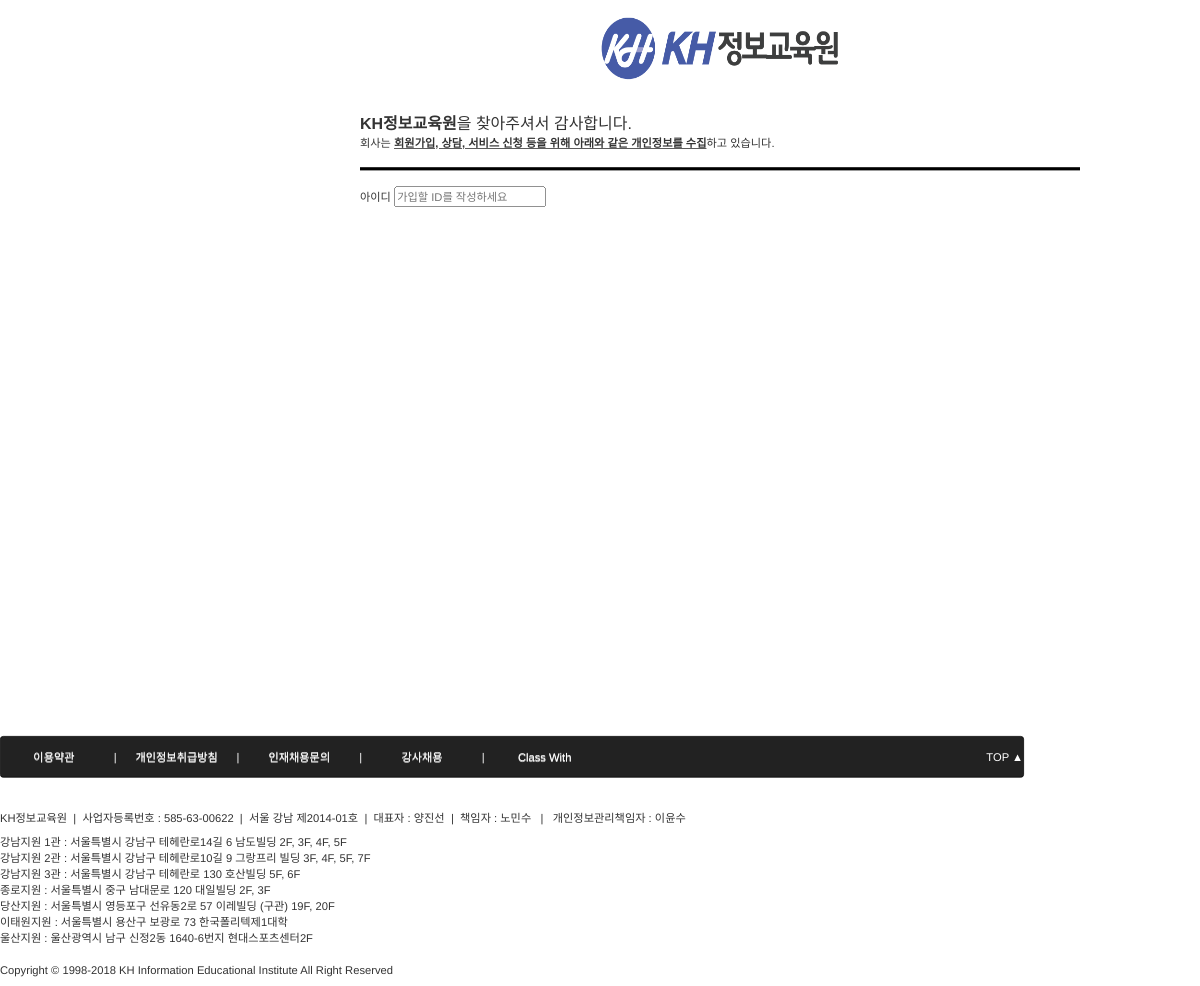
Repository: NohMinSoo/khSpring
Page: http://localhost/1_Spring_Web/WEB-INF/views/member/joinPage.jsp
These files come from the project's save history. The page is drawn as it stood at one moment and after the next save; the edit follows.
The browser window is 1280 px wide. The page is 1500 px wide, so the pictures cover 1500 px, including what lies to the right of the window. The pictures show the whole page, at 80% of full size.
Some web libraries are served in a nearby version. The page is served by Tomcat 9. Nobody is signed in. Other server files are loaded and not shown. The template is opened directly, without the code that normally fills it, so the values that code supplies are empty.

Above is the page before, as saved 2018-11-20 05:24:23.
Console error (its wording comes from the project's code and is left out).

### 1_Spring_Web/src/main/webapp/WEB-INF/views/member/joinPage.jsp
<%@ page language="java" contentType="text/html; charset=UTF-8"
    pageEncoding="UTF-8"%>
<!DOCTYPE html PUBLIC "-//W3C//DTD HTML 4.01 Transitional//EN" "http://www.w3.org/TR/html4/loose.dtd">
<html>
<head>
<meta http-equiv="Content-Type" content="text/html; charset=UTF-8">
<link rel="shortcut icon" href="/resources/png/03_KH정보교육원_원형컬러.png">
<title>회원가입</title>
</head>
<body>

<style>
	#container{
    	margin-top : 20px;
    	margin-left : 300px;
    	width : 1200px;
    	height : 900px;

    }
    #contents-2{

    	padding-left: 150px;
    	padding-right: 150px;
    	text-align: left; width : 100%;
    	height : 10%;

    }
    #contents-3{
    	padding-left: 150px;
    	padding-right: 150px;
    	text-align: left; width : 100%;
    	height : 75%;
    }
</style>
<div id="container"  align="center">
    <div id="contents-1">
            	<a href="/index.jsp"><img height=80px width=300px src="/resources/png/01_KH정보교육원_가로컬러.png"/></a><br>
    </div>
	<br><br>
    <div id="contents-2" >
			<span style="font-size:20px;"><b>KH정보교육원</b>을 찾아주셔서 감사합니다.</span><br>
			<span>회사는 <b><u>회원가입, 상담, 서비스 신청 등을 위해 아래와 같은 개인정보를 수집</u></b>하고 있습니다.</span><br>
			<hr style="border:2px solid black;">

			<form>
			아이디
			<input type="text" placeholder="가입할 ID를 작성하세요"/><br>
			</form>
	</div>
	<div id="contents-3" >

	</div>

</div>



<div id="footer_bar">
			<jsp:include page="/resources/common/main_footer_bar.jsp"></jsp:include>
		</div>
		<br>
		<div id="footer">
			<jsp:include page="/resources/common/main_footer.jsp"></jsp:include>
		</div>
</body>
</html>

### 1_Spring_Web/src/main/webapp/resources/common/main_footer_bar.jsp
<%@ page language="java" contentType="text/html; charset=UTF-8"
    pageEncoding="UTF-8"%>
<!DOCTYPE html PUBLIC "-//W3C//DTD HTML 4.01 Transitional//EN" "http://www.w3.org/TR/html4/loose.dtd">
<html>
<head>
<meta http-equiv="Content-Type" content="text/html; charset=UTF-8">
<title>Insert title here</title>
</head>
<body>
<style>
	#footer_bar1{
		hieght : 100%;
		float : left;
		width : 80%;

	}
	#footer_bar2{
		float : left;
		width : 20%;
	}
	#bar {
		margin : 0;
		padding : 0;
		height : 100%;
	}
	#bar li{
		box-sizing : border-box;
		float : left;   /* 각 요소들을 왼쪽부터 배치 */
		list-style-type: none;  /* li 속성에 있는 점 없애기*/
		text-align: center;  /* 글자 가운데로 정렬 */
		width:13%;
		height : 100%;
	}
	#bar li a{
		 text-decoration: none; /* 밑 줄 삭제 */
		 line-height : 50px;
		 color : white;
		 text-shadow: 0px 1px 0px #cccccc;  /* 글자 새도우 효과 (밝은 회색) */
	}
	#bar li a:hover{

		 color : yellow;
		 text-shadow: 0px 1px 0px yellow;  /* 글자 새도우 효과 (밝은 회색) */
	}

	#bar span{
		box-sizing : border-box;
		float : left;   /* 각 요소들을 왼쪽부터 배치 */
		list-style-type: none;  /* li 속성에 있는 점 없애기*/
		text-align: center;  /* 글자 가운데로 정렬 */
		width:2%;
		height : 100%;
		line-height : 50px;

	}
	#footer_bar2 a{
		color:white;
		line-height : 50px;
		float:right;
		text-decoration: none; /* 밑 줄 삭제 */

	}

	#footer_bar2 a:hover{
		color : red;

	}


</style>

<jsp:include page="/resources/common/main_popup_terms.jsp"></jsp:include>

<div class="navbar navbar-inverse">
<div id="footer_bar1">
	<ul id="bar">

			<li><a data-toggle="modal" data-target=".bs-example-modal-lg" style="padding-left: 0;">이용약관</a>  </li> <span style="color:white;">|</span>
			<li><a href="">개인정보취급방침</a>  </li> <span style="color:white;">|</span>
			<li><a href="">인재채용문의</a>  </li> <span style="color:white;">|</span>
			<li><a href="">강사채용</a>  </li> <span style="color:white;">|</span>
			<li><a href="http://coconut510.cafe24.com/index.php">Class With</a></li>
	</ul>
</div>
<div id="footer_bar2">
		<a href="javascript:scrollTo(0, 0);">TOP ▲ </a>
</div>

</div>

</body>
</html>

### 1_Spring_Web/src/main/webapp/resources/common/main_popup_terms.jsp
<%@ page language="java" contentType="text/html; charset=UTF-8"
    pageEncoding="UTF-8"%>
<!DOCTYPE html PUBLIC "-//W3C//DTD HTML 4.01 Transitional//EN" "http://www.w3.org/TR/html4/loose.dtd">
<html>
<head>
<meta http-equiv="Content-Type" content="text/html; charset=UTF-8">
<title>Insert title here</title>
</head>
<body>

<style>
.modal  {
    /*   display: block;*/
    padding-right: 0px;
    background-color: rgba(4, 4, 4, 0.8);
    }

    .modal-dialog {
            top: 20%;
                width: 100%;
    position: absolute;
        }
        .modal-content {
                border-radius: 0px;
                border: none;
    top: 40%;
            }
            .modal-body {
                    background-color: #0f8845;
    color: white;
                }
</style>

<link href="//maxcdn.bootstrapcdn.com/bootstrap/3.3.0/css/bootstrap.min.css" rel="stylesheet" id="bootstrap-css">
<script src="//maxcdn.bootstrapcdn.com/bootstrap/3.3.0/js/bootstrap.min.js"></script>
<script src="//code.jquery.com/jquery-1.11.1.min.js"></script>
<!------ Include the above in your HEAD tag ---------->

<div class="container">
    <div class="row">
        <!-- Large modal -->


<div class="modal fade bs-example-modal-lg1" tabindex="-1" role="dialog" aria-labelledby="myLargeModalLabel">
  <div class="modal-dialog modal-lg">
    <div class="modal-content">

      <div class="modal-body">

      <H2>KH정보교육원의 이용약관은 다음과 같습니다.</H2>
      <h6>Your Laptop battery is less then 10%.Recharge the battery.</h6>
      <h6>11</h6>
      <h6>11</h6>
      <h6>11</h6>
      <h6>11</h6>
      <h6>11</h6>
      <h6>11</h6>
      <h6>11</h6>
      <h6>11</h6>
      <h6>11</h6>
      <h6>11</h6>

      </div>
    </div>
  </div>
</div>
    </div>


</div>
</body>
</html>

### 1_Spring_Web/src/main/webapp/resources/common/main_footer.jsp
<%@ page language="java" contentType="text/html; charset=UTF-8"
    pageEncoding="UTF-8"%>
<!DOCTYPE html PUBLIC "-//W3C//DTD HTML 4.01 Transitional//EN" "http://www.w3.org/TR/html4/loose.dtd">
<html>
<head>
<meta http-equiv="Content-Type" content="text/html; charset=UTF-8">
<title>Insert title here</title>
</head>
<style>
	#bottom_copy{
		height:100%;
	}
</style>
<body>
<div id="bottom_copy">
		<p class="maincopy">KH정보교육원&nbsp; | &nbsp;사업자등록번호 : 585-63-00622&nbsp; | &nbsp;서울 강남 제2014-01호&nbsp; | &nbsp;대표자 : 양진선&nbsp; | &nbsp;책임자 : 노민수 &nbsp; | &nbsp; 개인정보관리책임자 : 이윤수</p>
		<p class="subcopy" style="padding-bottom: 10px;">
		강남지원 1관 : 서울특별시 강남구 테헤란로14길 6 남도빌딩 2F, 3F, 4F, 5F<br>
		강남지원 2관 : 서울특별시 강남구 테헤란로10길 9 그랑프리 빌딩 3F, 4F, 5F, 7F<br>
		강남지원 3관 : 서울특별시 강남구 테헤란로 130 호산빌딩 5F, 6F<br>
		종로지원 : 서울특별시 중구 남대문로 120 대일빌딩 2F,  3F<br>
		당산지원 : 서울특별시 영등포구 선유동2로 57 이레빌딩 (구관) 19F, 20F <br>
		이태원지원 : 서울특별시 용산구 보광로 73 한국폴리텍제1대학 <br>
		울산지원 : 울산광역시 남구 신정2동 1640-6번지 현대스포츠센터2F<br>
		</p>
		<p class="subcopy">
			Copyright © 1998-2018 KH Information Educational Institute All Right Reserved</p>
	</div>
</body>
</html>

After the next save:
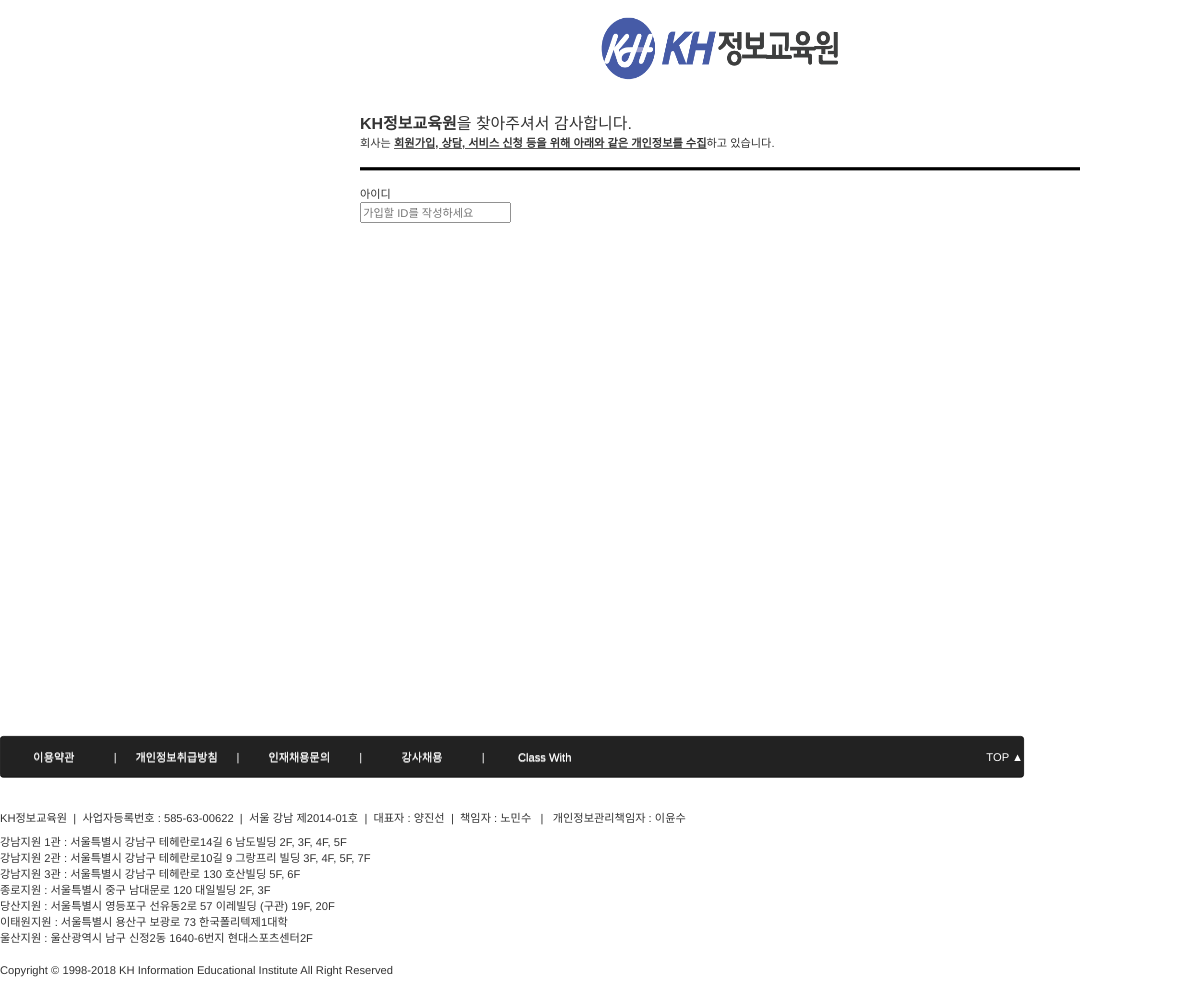
Saved 8 s later.
--- a/1_Spring_Web/src/main/webapp/WEB-INF/views/member/joinPage.jsp
+++ b/1_Spring_Web/src/main/webapp/WEB-INF/views/member/joinPage.jsp
@@ -43,7 +43,7 @@
 			<hr style="border:2px solid black;">
 
 			<form>
-			아이디
+			<span>아이디</span><br>
 			<input type="text" placeholder="가입할 ID를 작성하세요"/><br>
 			</form>
 	</div>
